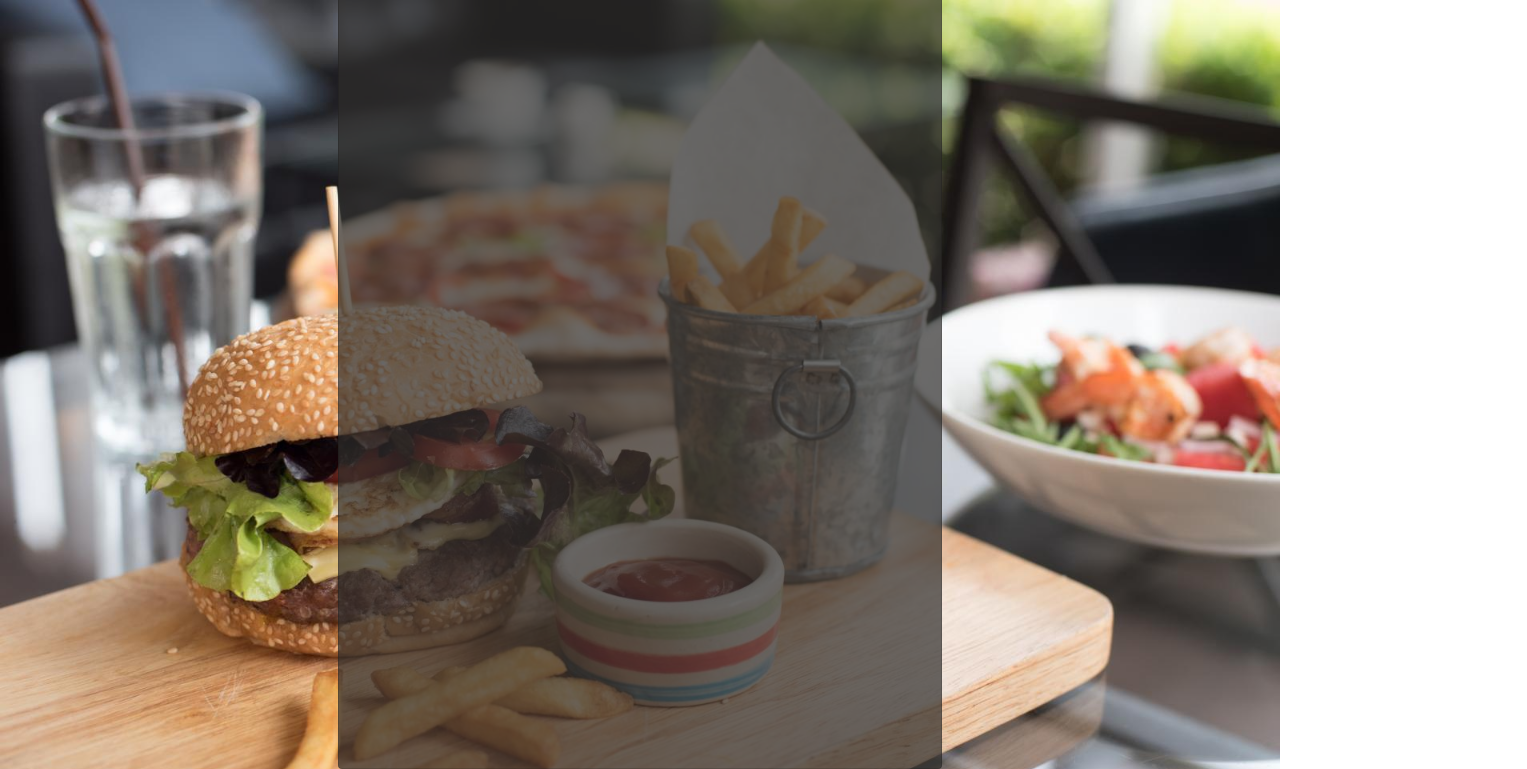
Repository: AnaMassaro/projetoRestaurante
Page: http://localhost/WEBRes/controleProduto.jsp
An editor plug-in stored every save of this project. The page is shown before and after the next save, followed by the edit.
The browser window is 1280 px wide. The page is 1527 px wide, then 1503 px, so the pictures cover 1527 px, including what lies to the right of the window. The pictures show the whole page.
The page is served by Tomcat 9.

Above is the page before, as saved 2019-12-11 11:02:40.
Console error: TypeError: Cannot read properties of undefined (reading 'fn')
Not found: WEBRes/WEBRes/style.css

After the next save:
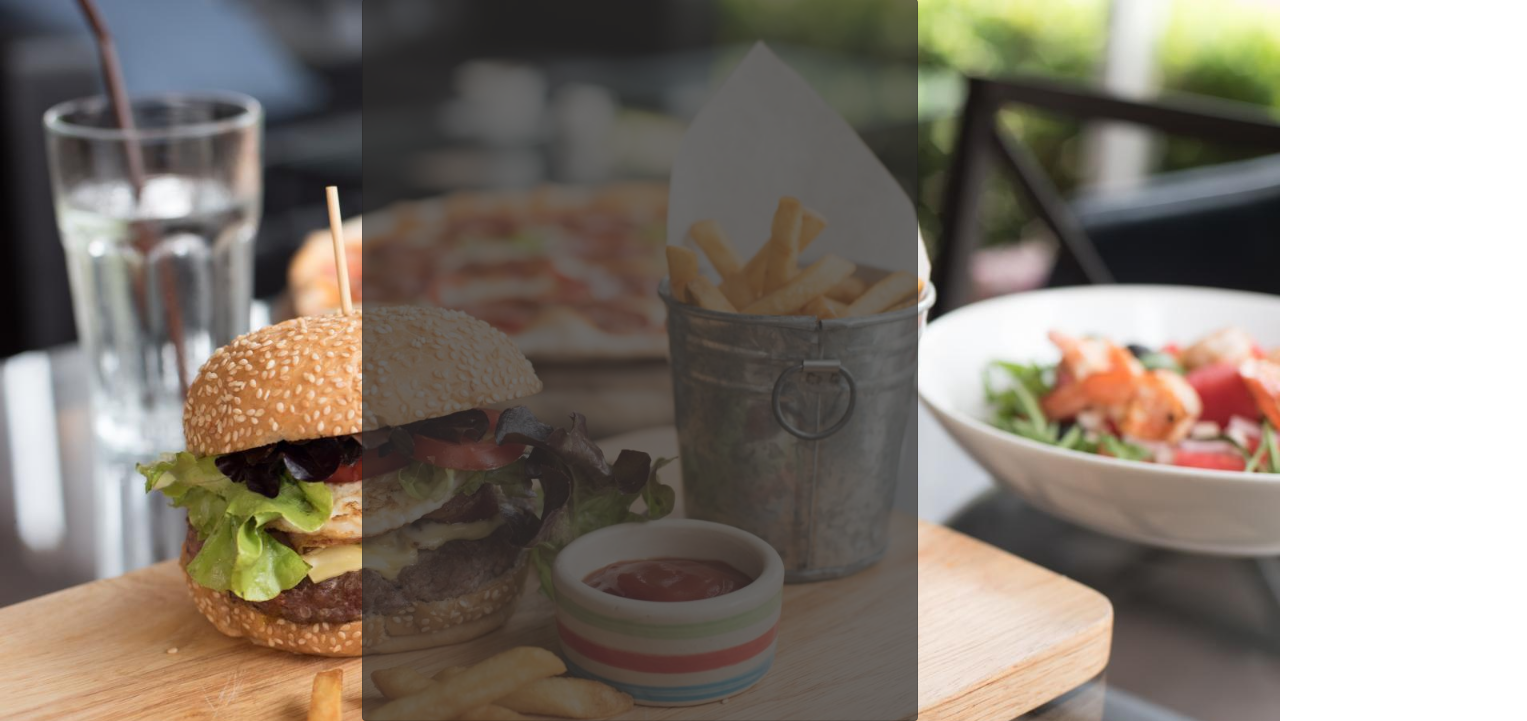
Saved 6 s later.
--- a/WEBRes/WebContent/controleProduto.jsp
+++ b/WEBRes/WebContent/controleProduto.jsp
@@ -51,7 +51,7 @@
 		<div class="container c">
 			<div class="row justify-content-center">
 				<div class="col-12 col-lg-6">
-					<div class="card p-5" style="background-color:rgba(46, 45, 44,0.7)">
+					<div class="card p-6" style="background-color:rgba(46, 45, 44,0.7)">
 						<div class="container">
 							<div class="row justify-content-center">
 								<div class="col-12">
